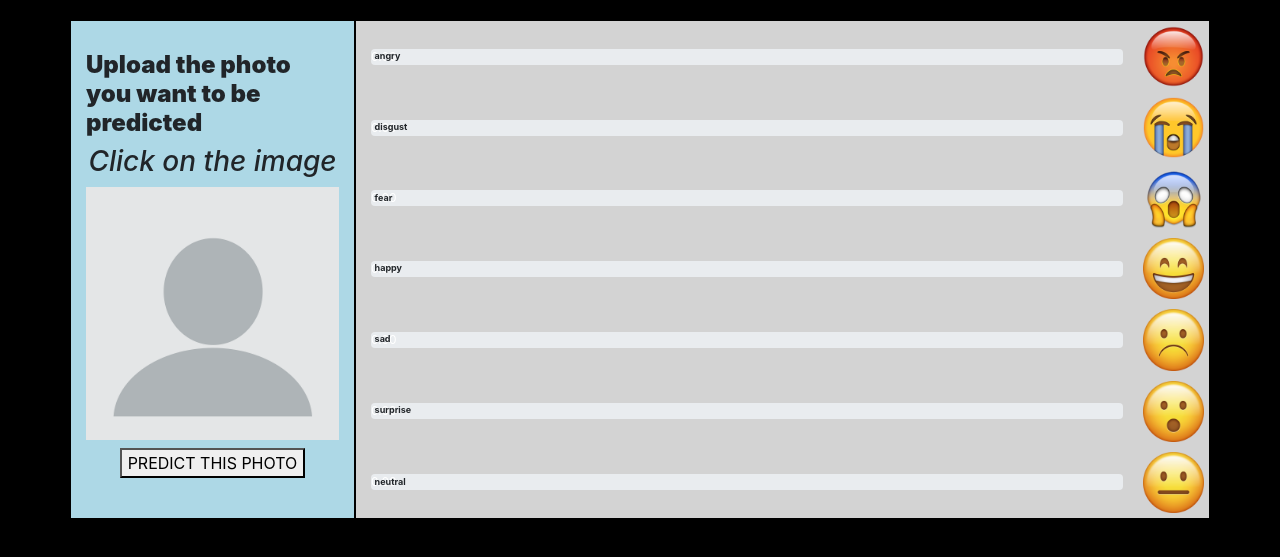
Repository: Jermaniac/TrabajoFinGradoGerman
Page: / (app in webprojectREACT/webexpresssionproject/)
These files come from the project's save history. The page is drawn as it stood at one moment and after the next save; the edit follows.
The browser window is 1280 px wide. The pictures show the whole page.
The project was rebuilt for these pictures with package versions that can differ from the ones it lists, and the page was loaded fresh each time.

Above is the page before, as saved 2021-05-05 00:41:18.

### webprojectREACT/webexpresssionproject/public/index.html
<!DOCTYPE html>
<html lang="en">
  <head>
    <meta charset="utf-8" />
    <link rel="icon" href="%PUBLIC_URL%/favicon.ico" />
    <meta name="viewport" content="width=device-width, initial-scale=1" />
    <meta name="theme-color" content="#000000" />
    <meta
      name="description"
      content="Web site created using create-react-app"
    />
    <title>Expression App</title>
  </head>
  <body>
    <div id="root"></div>
  </body>
</html>

### webprojectREACT/webexpresssionproject/src/index.js
import React from 'react';
import ReactDOM from 'react-dom';
import App from './components/App';
import './index.css'
// Bootstrap support for React
import 'bootstrap/dist/css/bootstrap.min.css'

import { configureStore } from './redux/configureStore'
import { Provider } from 'react-redux';

const store= configureStore();

const Root = (
  <Provider store={store}>
    <App />
  </Provider>
);

const rootElement = document.getElementById('root');

ReactDOM.render(
  Root,
  rootElement
);

### webprojectREACT/webexpresssionproject/src/components/App.jsx
import React from 'react'

import InfoExpressions from './InfoComponent'

import '../styles/App.css'
import { changeExpressions } from '../redux/actionCreators';

import { connect } from 'react-redux'
import FormComponent from './FormComponent';

const mapStateToProps = state => {
  return {
    expressions: state.expressions,
    // photo: state.photo
  }
};

const mapDispatchToProps = dispatch => ({
  changeExpressions: (expressions) => dispatch(changeExpressions(expressions))
  // changePhoto: (photo) => dispatch(changePhoto(photo))
});

class App extends React.Component {

  render () {
    return (
        <div className="container">
          <div className="row">
              <FormComponent changeExpressions={this.props.changeExpressions}
              // changePhoto={this.props.changePhoto}
              ></FormComponent>
              <InfoExpressions  expressions={this.props.expressions} ></InfoExpressions>
          </div>
        </div>
    );
  }

}

export default ( connect ( mapStateToProps, mapDispatchToProps )( App ))

### webprojectREACT/webexpresssionproject/src/redux/configureStore.js

import { createStore, combineReducers} from 'redux';
import { expressions } from './expressions'
import { photo } from './photo'

const combination = combineReducers({
    expressions,
    photo
});

export const configureStore = () => {

    const store = createStore(
        combination,
        // expressions,
        // activate redux dev tools in browser
        window.__REDUX_DEVTOOLS_EXTENSION__ && window.__REDUX_DEVTOOLS_EXTENSION__()

    );

    return store;
}

### webprojectREACT/webexpresssionproject/src/components/InfoComponent.jsx
import React from 'react';
import '../styles/InfoComponent.css'

function InfoComponent({ expressions }) {

  if (expressions) {
    let expressionsFormatted = formatProbabilities(expressions);

    return (
    <div className="col-12 col-md-8 col-lg-9" id="info">
        {
        expressionsFormatted.map((expression) => {
          return (
            <div className="row" key={expression.mood}>
              <div className="col-11">
                <div className="progress">
                  <div
                    id="barra"
                    className="progress-bar"
                    aria-valuemin="0"
                    aria-valuemax="100"
                    style={{ width: expression.probability + "%" }}
                  >
                    {expression.probability}
                  </div>
                  <span className="badge">{expression.mood}</span>
                </div>
              </div>
              <div className="col-1" id="imageEmoji">
                <img
                  src={`./assets/images/emoji_${expression.mood}.png`}
                  alt="emoji"
                ></img>
              </div>
            </div>
          );
        })
        }
      </div>
    );
  } else {
    return (
          <div>
          </div>
    );
  }
}

function formatProbabilities(expressions){
  console.log(expressions)
    return expressions.map( (expression) => {
        return  {
            mood: expression.mood,
            probability: (expression.probability * 100).toFixed(2)
        }

    })

}

export default InfoComponent;

### webprojectREACT/webexpresssionproject/src/styles/App.css
.container {
    padding: 20px;
}

#form {
    background-color: lightblue;
    padding:30px;
    border: 1px solid black;
}
#imageEmoji {
    padding: 5px;
}

#info {
    background-color: lightgrey;
    display: grid;
    border: 1px solid black;
}
#form > .row {
    justify-content: center;
}

#form > .row > h2,h3{
    font-weight: 900;
    font-size: x-large;
}
#form > .row > h2{
    font-style: initial;
}
#form >.row > h3{
    font-style: italic;
}

img {
    width: 100%;
}

### webprojectREACT/webexpresssionproject/src/redux/actionCreators.js
import * as ActionTypes from './actionTypes'

export const changeExpressions = (expressions) => ({
    type: ActionTypes.CHANGE_EXPRESSIONS,
    payload: {
        expressions: expressions
    }
});

export const changePhoto = (photo) => ({
    type: ActionTypes.CHANGE_PHOTO,
    payload: {
        photoUrl: URL.createObjectURL(photo)
    }
})

### webprojectREACT/webexpresssionproject/src/components/FormComponent.jsx
import { useState } from 'react';
import ImageUploadService from '../services/image-upload.service';

const defautlImageUrl = "assets/images/blankPhoto.png";

function FormComponent({ changeExpressions }) {

  const [getPhotoFile, setPhotoFile] = useState();
  const [getPhotoUrl, setPhotoUrl] = useState(defautlImageUrl);

  const selectPhoto = (event) => {
    setPhotoFile(event.target.files[0]);
    setPhotoUrl(URL.createObjectURL(event.target.files[0]));
    // changePhoto(event.target.files[0]);
  };

  const requestPredict = () => {
    ImageUploadService.getMood(getPhotoFile).then((response) => {
      if (response) {
        console.log("Call API success!");
        changeExpressions(response.expressions);
      } else {
        console.log("Call API failed.");
      }
    });
  };

  return (
    <div className="col-12 col-md-4 col-lg-3" id="form">
      <div className="row">
        <h2>Upload the photo you want to be predicted</h2>
      </div>
      <div className="row">
        <h3>Click on the image</h3>
      </div>
      <div className="row">
        <label htmlFor="photo">
          <input
            type="file"
            name="photo"
            id="photo"
            accept="image/*"
            style={{ display: "none" }}
            onChange={selectPhoto}
          ></input>
          <img src={getPhotoUrl} alt="blankPic"></img>
        </label>
      </div>
      <div className="row">
        <button id="buttonSubmit" onClick={requestPredict}>
          PREDICT THIS PHOTO
        </button>
      </div>
    </div>
  );
}

export default FormComponent;

### webprojectREACT/webexpresssionproject/src/redux/expressions.js
import { EXPRESSIONS } from '../shared/expressions';
import * as ActionTypes from './actionTypes'

export const expressions = ( state = EXPRESSIONS, action ) => {
    switch (action.type) {
        case ActionTypes.CHANGE_EXPRESSIONS:
            let expressions = action.payload;
            return expressions;
        default:
            return state;
    }
};

### webprojectREACT/webexpresssionproject/src/redux/photo.js
import { PHOTO } from '../shared/photo';
import * as ActionTypes from './actionTypes'

export const photo = ( state = PHOTO, action ) => {
    switch (action.type) {
        case ActionTypes.CHANGE_PHOTO:
            let photo = action.payload;
            return photo;
        default:
            return state;
    }
};

### webprojectREACT/webexpresssionproject/src/styles/InfoComponent.css
.container-fluid {
    display: grid;
}
.col-11 {
    align-self: center;
}

### webprojectREACT/webexpresssionproject/src/redux/actionTypes.js
export const CHANGE_EXPRESSIONS = 'CHANGE_EXPRESSIONS'
export const CHANGE_PHOTO = 'CHANGE_PHOTO'

### webprojectREACT/webexpresssionproject/src/services/image-upload.service.js

const keyFile = "photo";
const urlApi =  "http://ec2-44-192-76-93.compute-1.amazonaws.com:9004/getMood";

class ImageUploadService {

  getMood(file) {

    const formData = new FormData();
    formData.append(keyFile, file);

    return fetch(urlApi, {
      method: "POST",
      body: formData,
    })
      .then((response) => response.json())
      .then((data) => {
        return data;
      })
      .catch((error) => console.error(error));
  }

}

export default new ImageUploadService();

### webprojectREACT/webexpresssionproject/src/shared/expressions.js
export const EXPRESSIONS =
    [
        {
            mood: "angry",
            probability: 0.0
        },
        {
            mood: "disgust",
            probability: 0.0
        },
        {
            mood: "fear",
            probability: 0.0
        },
        {
            mood: "happy",
            probability: 0.0
        },
        {
            mood: "sad",
            probability: 0.0
        },
        {
            mood: "surprise",
            probability: 0.0
        },
        {
            mood: "neutral",
            probability: 0.0
        }
];

### webprojectREACT/webexpresssionproject/src/shared/photo.js
export const PHOTO =
    {
        photoUrl: "assets/images/blankPhoto.png"
    }

Loaded but not shown: webprojectREACT/webexpresssionproject/src/index.css (common file)

After the next save:
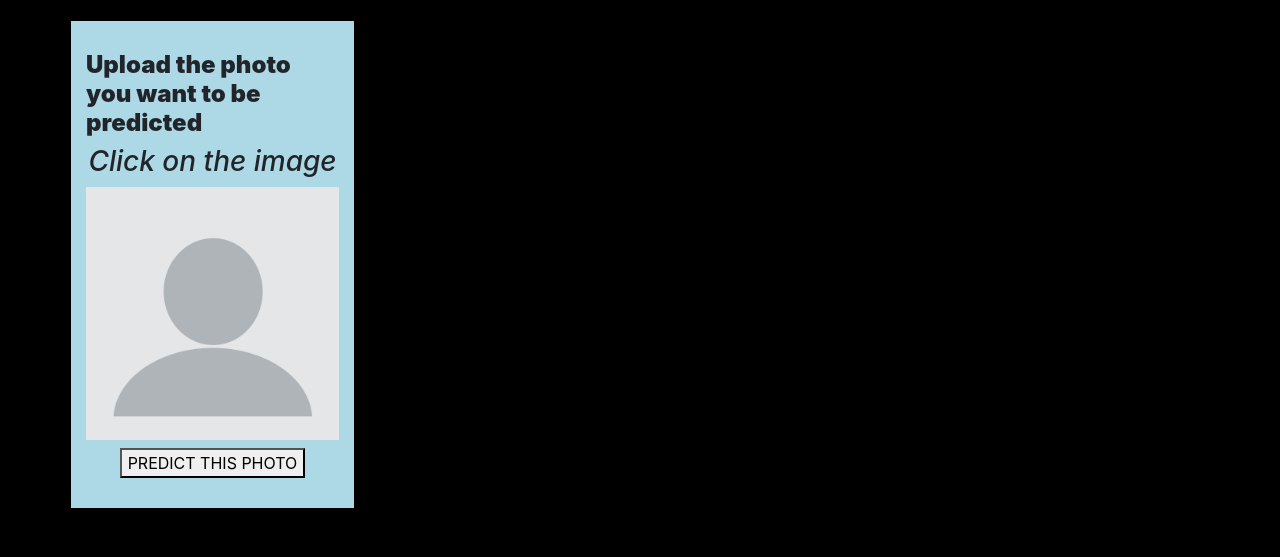
Saved 27 min 17 s later.
--- a/webprojectREACT/webexpresssionproject/src/redux/expressions.js
+++ b/webprojectREACT/webexpresssionproject/src/redux/expressions.js
@@ -1,7 +1,7 @@
 import { EXPRESSIONS } from '../shared/expressions';
 import * as ActionTypes from './actionTypes'
 
-export const expressions = ( state = EXPRESSIONS, action ) => {
+export const expressions = ( state = null, action ) => {
     switch (action.type) {
         case ActionTypes.CHANGE_EXPRESSIONS:
             let expressions = action.payload;
